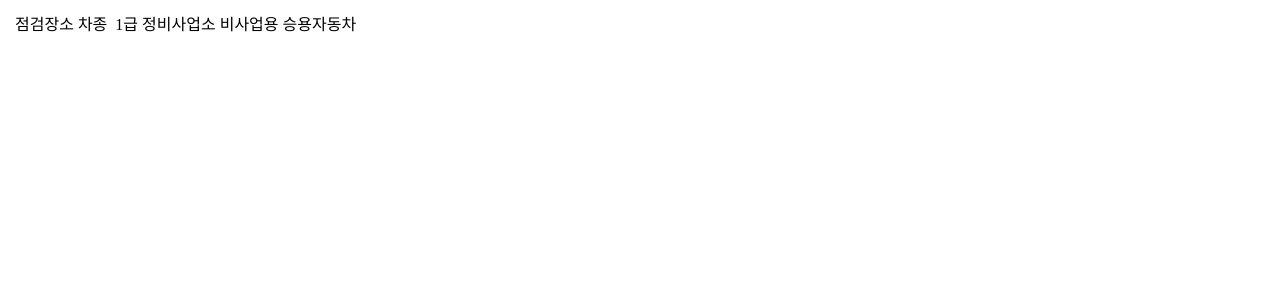
Repository: sungeunbyeol/Nowon-ezen-jsp
Page: test/WebContent/test09.html
These files come from the project's save history. The page is drawn as it stood at one moment and after the next save; the edit follows.
The browser window is 1280 px wide. The pictures show the whole page.

Above is the page before, as saved 2021-11-02 03:29:12.

After the next save:
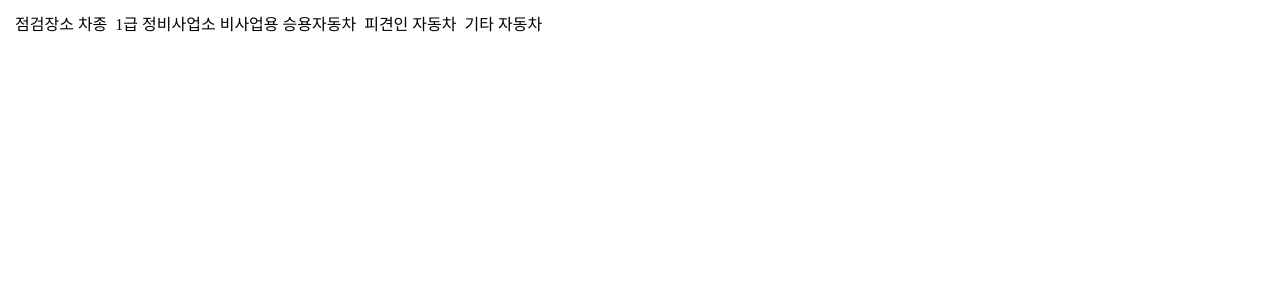
Saved 34 s later.
--- a/test/WebContent/test09.html
+++ b/test/WebContent/test09.html
@@ -15,6 +15,12 @@
 			<td rowspan="3">비사업용</td>
 			<td>승용자동차</td>
 		</th>
+		<th>
+			<td>피견인 자동차</td>
+		</th>
+		<th>
+			<td>기타 자동차</td>
+		</th>
 
 	</table>
 </body>
